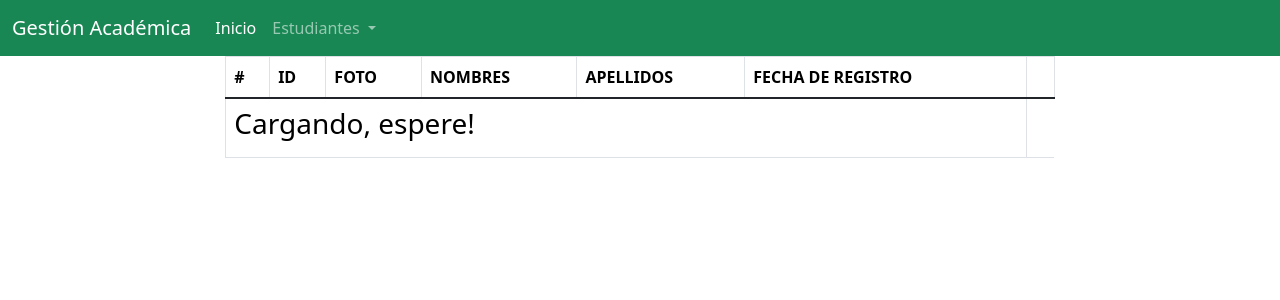
Repository: cesartomedes/frontacademico
Page: /
An editor plug-in stored every save of this project. The page is shown before and after the next save, followed by the edit.
The browser window is 1280 px wide. The pictures show the whole page.
The project was rebuilt for these pictures with package versions that can differ from the ones it lists, and the page was loaded fresh each time. Also part of the build but not shown: vue.config.js, src/views/EstudianteNew.vue, src/views/EstudianteEdit.vue, src/views/EstudianteView.vue.

Above is the page before, as saved 2023-10-24 15:50:27.

After the next save:
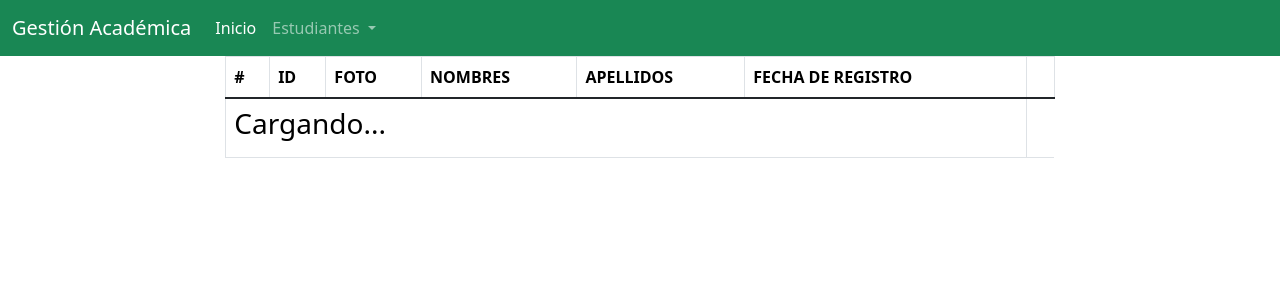
Saved 7 s later.
--- a/src/views/HomeView.vue
+++ b/src/views/HomeView.vue
@@ -18,7 +18,7 @@
               <tbody class="table-group-divider" id="contenido">
 
                   <tr v-if="this.cargando">
-                      <td colspan="6"><h3>Cargando, espere!</h3></td>
+                      <td colspan="6"><h3>Cargando...</h3></td>
                   </tr>
 
                 </tbody>
